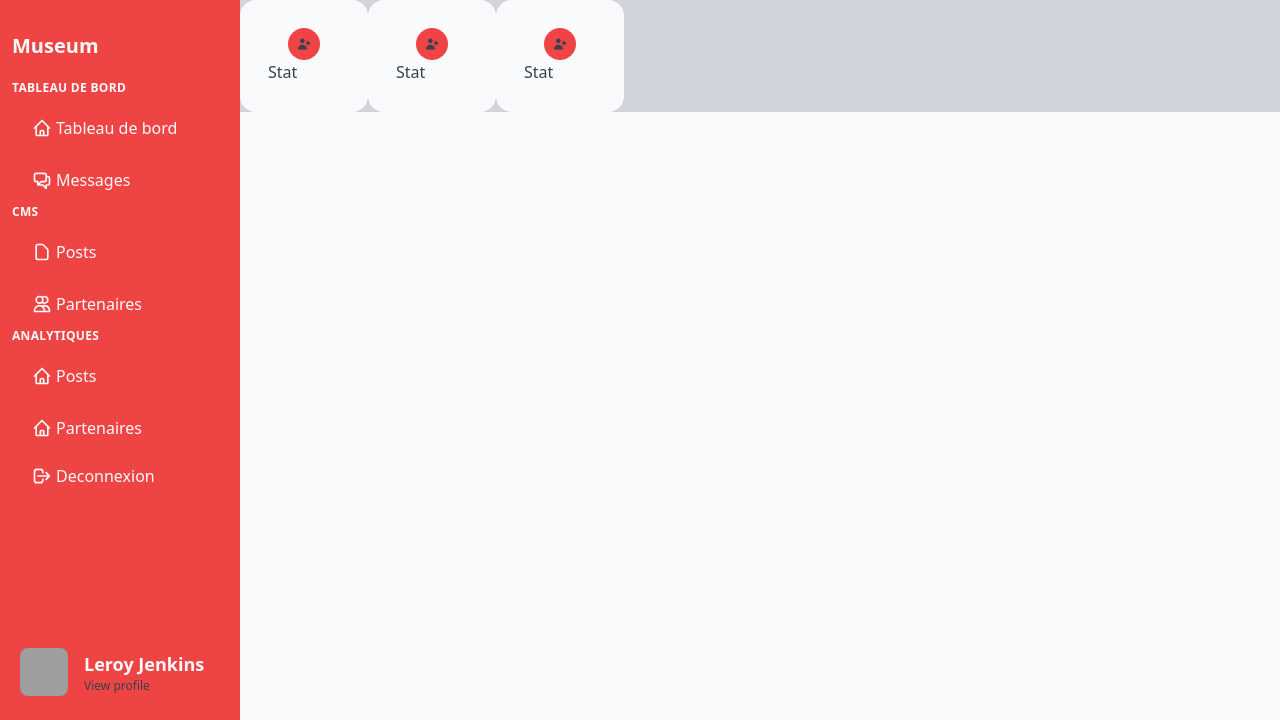
Repository: erulabs243/museum
Page: /dashboard
An editor plug-in stored every save of this project. The page is shown before and after a run of saves, followed by the edit.
The browser window is 1280 px wide. The pictures show the whole page.
Pictures or frames that could not be fetched are drawn as grey boxes. The project was rebuilt for these pictures with package versions that can differ from the ones it lists, and the page was loaded fresh each time. Also part of the build but not shown: vite.config.js, src/pages/admin/Home.jsx, src/components/atoms/headers/NavLink.jsx, src/components/atoms/headers/Button.jsx, src/components/atoms/TagBadge.jsx, src/components/atoms/MyAudioPlayer.jsx, src/components/atoms/MyVideoPlayer.jsx, src/components/atoms/MediaCard.jsx and 23 more.

Above is the page before, as saved 2022-08-10 20:36:55.

After the next 2 saves:
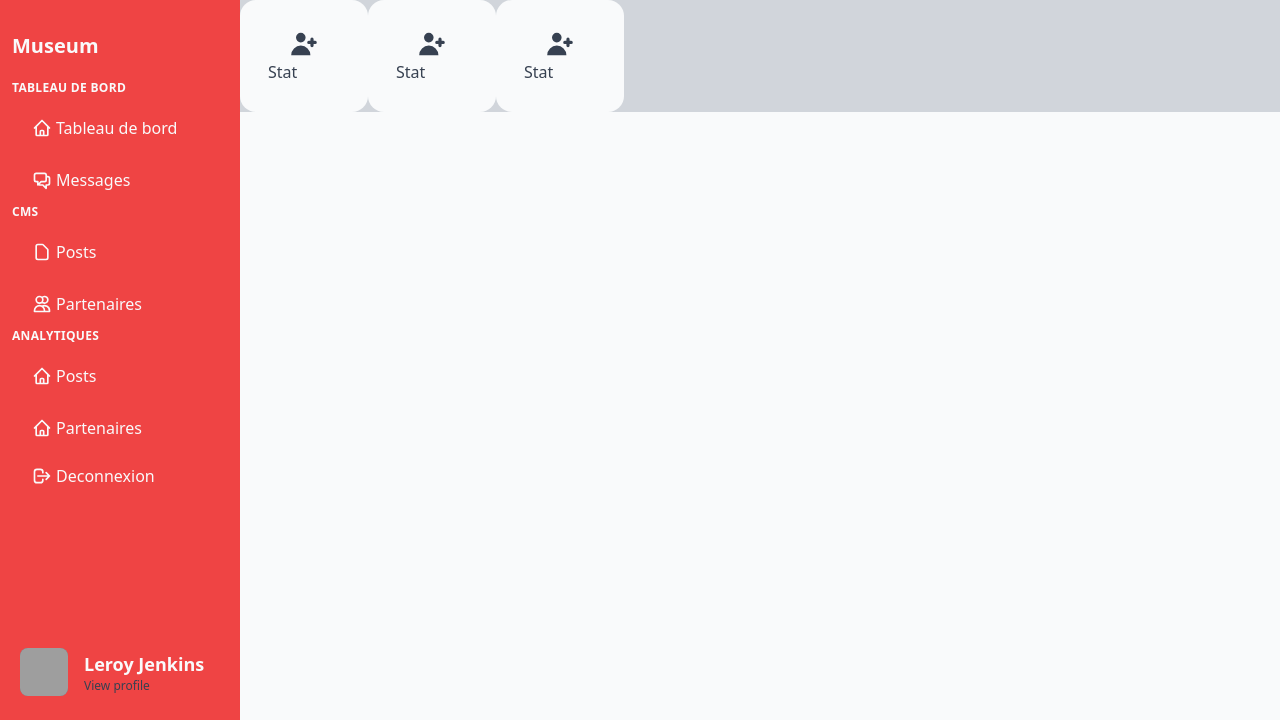
The 2 saves are shown as one change because they came seconds apart.
The last was saved 7 s later.
--- a/src/components/atoms/OverviewStat.jsx
+++ b/src/components/atoms/OverviewStat.jsx
@@ -5,7 +5,7 @@ import { UserAddIcon } from '@heroicons/react/solid';
 const OverviewStat = () => {
     return (
         <div className="w-32 bg-gray-50 rounded-2xl p-7 text-gray-700">
-            <UserAddIcon className="w-8 h-8 mx-auto p-2 bg-red-500 rounded-full" />
+            <UserAddIcon className="w-8 h-8 mx-auto" />
             <h1>Stat</h1>
         </div>
     );
